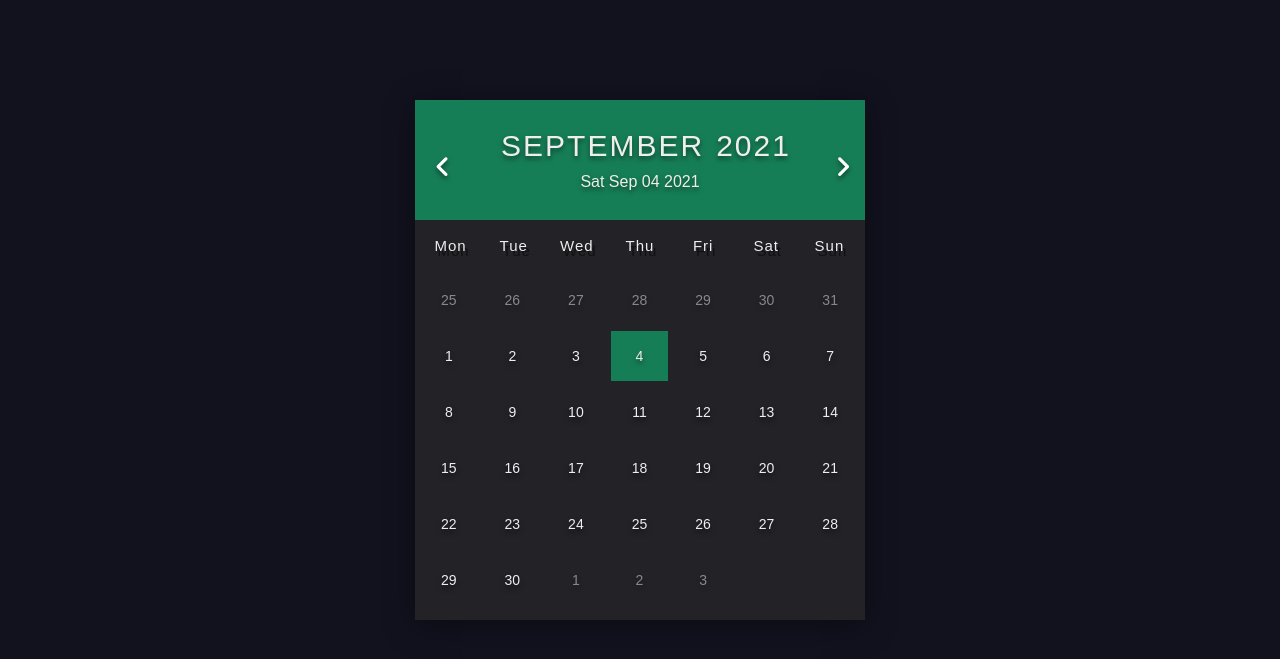
Repository: dboinska/calendar
Page: index.html
The author's editor kept a copy of each file at every save. The page is drawn from the files as they stood at one save, then again after the next save.
The browser window is 1280 px wide. The pictures show the whole page.
Some web libraries are served in a nearby version.

Above is the page before, as saved 2021-09-06 16:12:35.

### index.html
<!DOCTYPE html>
<html lang="en">
  <head>
    <meta charset="UTF-8" />
    <meta http-equiv="X-UA-Compatible" content="IE=edge" />
    <meta name="viewport" content="width=device-width, initial-scale=1.0" />
    <title>Calendar</title>
    <script
      src="https://kit.fontawesome.com/5567926149.js"
      crossorigin="anonymous"
    ></script>
    <link rel="stylesheet" href="style.css" />
  </head>
  <body>
    <div class="container">
      <div class="calendar">
        <div class="month">
          <i class="fas fa-angle-left prev"></i>
          <div class="date">
            <div class="header">
              <h1></h1>
              <h2></h2>
            </div>
            <p></p>
          </div>
          <i class="fas fa-angle-right next"></i>
        </div>
        <div class="weekdays">
          <div>Mon</div>
          <div>Tue</div>
          <div>Wed</div>
          <div>Thu</div>
          <div>Fri</div>
          <div>Sat</div>
          <div>Sun</div>
        </div>
        <div class="days"></div>
      </div>
    </div>
    <script src="script.js"></script>
  </body>
</html>

### style.css
* {
  margin: 0;
  padding: 0;
  box-sizing: border-box;
  font-family: "Quicksand", sans-serif;
}

html {
  font-size: 62.5%;
}

.container {
  width: 100%;
  height: 100vh;
  background-color: #12121f;
  color: #eee;
  display: flex;
  justify-content: center;
  align-items: center;
}

.calendar {
  width: 45rem;
  height: 52rem;
  background-color: #222227;
  box-shadow: 0 0.5rem 3rem rgba(0, 0, 0, 0.4);
}

.fas {
  height: 10px;
  width: 10px;
  color: white;
}

.month {
  width: 100%;
  height: 12rem;
  background-color: #167e56;
  display: flex;
  justify-content: space-between;
  align-items: center;
  padding: 0 2rem;
  text-align: center;
  text-shadow: 0 0.3rem 0.5rem rgba(0, 0, 0, 0.5);
}

.month i {
  font-size: 2.5rem;
  cursor: pointer;
}

.month h1,
h2 {
  font-size: 3rem;
  font-weight: 400;
  text-transform: uppercase;
  letter-spacing: 0.2rem;
  margin-bottom: 1rem;
  padding-left: 1.2rem;
}

.month p {
  font-size: 1.6rem;
}

.weekdays {
  width: 100%;
  height: 5rem;
  padding: 0 0.4rem;
  display: flex;
  align-items: center;
}

.weekdays div {
  font-size: 1.5rem;
  font-weight: 400;
  letter-spacing: 0.1rem;
  width: calc(44.2rem / 7);
  display: flex;
  justify-content: center;
  align-items: center;
  text-shadow: 0.3rem 0.5rem rgba(0, 0, 0, 0.5);
}

.days {
  width: 100%;
  display: flex;
  flex-wrap: wrap;
  padding: 0.2rem;
}

.days div {
  font-size: 1.4rem;
  margin: 0.3rem;
  width: calc(40.3rem / 7);
  height: 5rem;
  display: flex;
  justify-content: center;
  align-items: center;
  text-shadow: 0 0.3rem 0.5rem rgba(0, 0, 0, 0.5);
  transition: background-color 0.2s;
}

.days div:hover:not(.today) {
  background-color: #262626;
  border: 2rem solid #777;
  cursor: pointer;
}

.prev-date,
.next-date {
  opacity: 0.5;
}

.header {
  display: flex;
}

.today,
.clickedDay {
  background-color: #167e56;
}

### script.js
const date = new Date();
const renderCalendar = () => {
  const monthDays = document.querySelector(".days");
  const d = new Date(date.getFullYear(), date.getMonth() + 1, 0);
  const lastDay = new Date(
    date.getFullYear(),
    date.getMonth() + 1,
    0
  ).getDate();
  const prevLastDay = new Date(
    date.getFullYear(),
    date.getMonth(),
    0
  ).getDate();
  const firstDayIndex = date.getDay();
  const lastDayIndex = new Date(
    date.getFullYear(),
    date.getMonth(),
    0
  ).getDay();
  console.log(lastDayIndex);
  console.log(lastDay);

  const nextDays = 7 - lastDayIndex - 1;
  const months = [
    "January",
    "February",
    "March",
    "April",
    "May",
    "June",
    "July",
    "August",
    "September",
    "October",
    "November",
    "December",
  ];

  document.querySelector(".date h1").textContent = months[date.getMonth()];
  document.querySelector(".date h2").textContent = date.getFullYear();

  document.querySelector(".date p").textContent = new Date().toDateString();

  let days = "";

  if (lastDayIndex !== 0) {
    for (let x = firstDayIndex + 1; x > 0; x--) {
      days += `<div class="prev-date">${prevLastDay - x + 1}</div>`;
    }
    console.log(firstDayIndex - 1, "nie poniedziałek");
  }

  for (let i = 1; i <= lastDay; i++) {
    if (
      i === new Date().getDate() &&
      date.getMonth() === new Date().getMonth()
    ) {
      days += `<div class="today">${i}</div>`;
    } else {
      days += `<div>${i}</div>`;
    }

    monthDays.innerHTML = days;
  }
  console.log(
    "next days",
    nextDays,
    "last day index",
    lastDayIndex,
    "firstdayindex",
    firstDayIndex,
    "prevlastday",
    prevLastDay,
    "d",
    d.getDay()
  );
  //for (let j = 1; j <= nextDays - 1; j++) {
  if (d.getDay() !== 0) {
    for (let j = 1; j <= 7 - d.getDay(); j++) {
      days += `<div class="next-date">${j}</div>`;
      monthDays.innerHTML = days;
    }
  }
};
// date.setDate(1);
// console.log(date.getDay());
// const month = date.getMonth();
// console.log(month);

const prevMonth = document.querySelector(".prev");
const nextMonth = document.querySelector(".next");

prevMonth.addEventListener("click", backToPrevMonth);

document.addEventListener("keydown", function (e) {
  if (e.keyCode == "37") {
    backToPrevMonth();
  }
});

nextMonth.addEventListener("click", goToNextMonth);

document.addEventListener("keydown", function (e) {
  if (e.keyCode == "39") {
    goToNextMonth();
  }
});

function backToPrevMonth() {
  date.setMonth(date.getMonth() - 1);
  console.log("month", date.getMonth());
  renderCalendar();
}

function goToNextMonth() {
  date.setMonth(date.getMonth() + 1);
  console.log("month", date.getMonth());
  renderCalendar();
}

const days = document.querySelectorAll(".days div");
console.log(days);

renderCalendar();

After the next save:
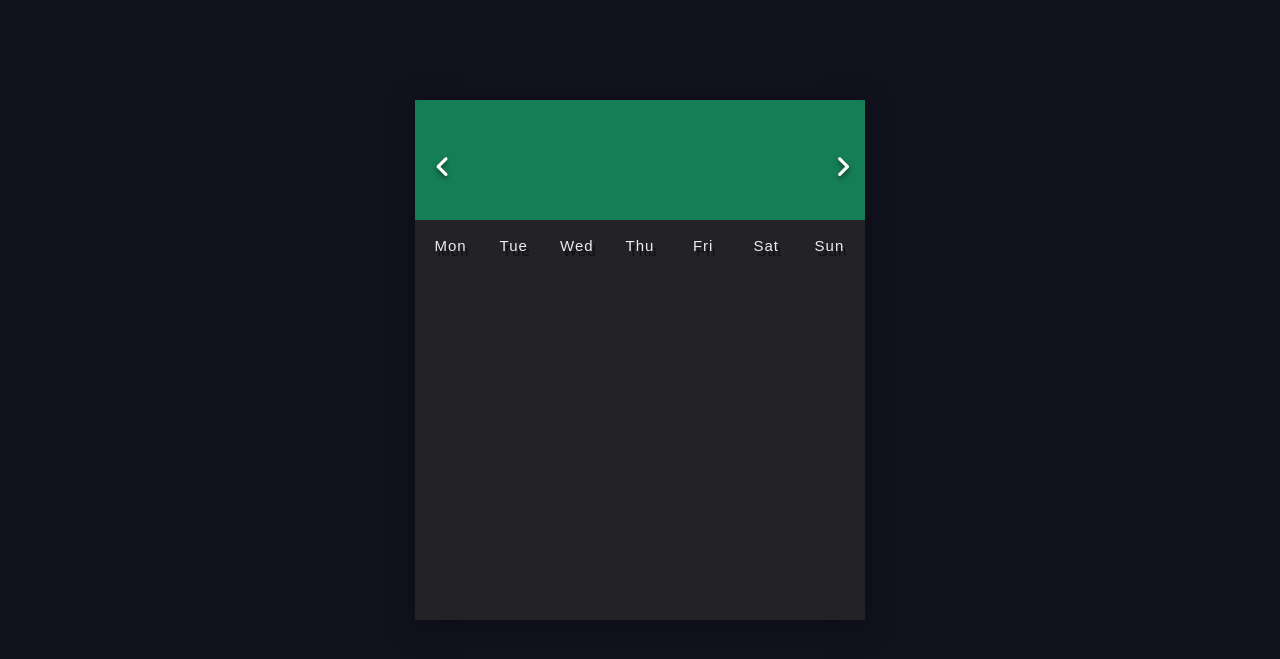
Console error: SyntaxError: Unexpected token '.'
Saved 17 s later.
--- a/script.js
+++ b/script.js
@@ -119,7 +119,7 @@
   renderCalendar();
 }
 
-const days = document.querySelectorAll(".days div");
+const days = [..document.querySelectorAll(".days div")];
 console.log(days);
 
 renderCalendar();

After the save that followed:
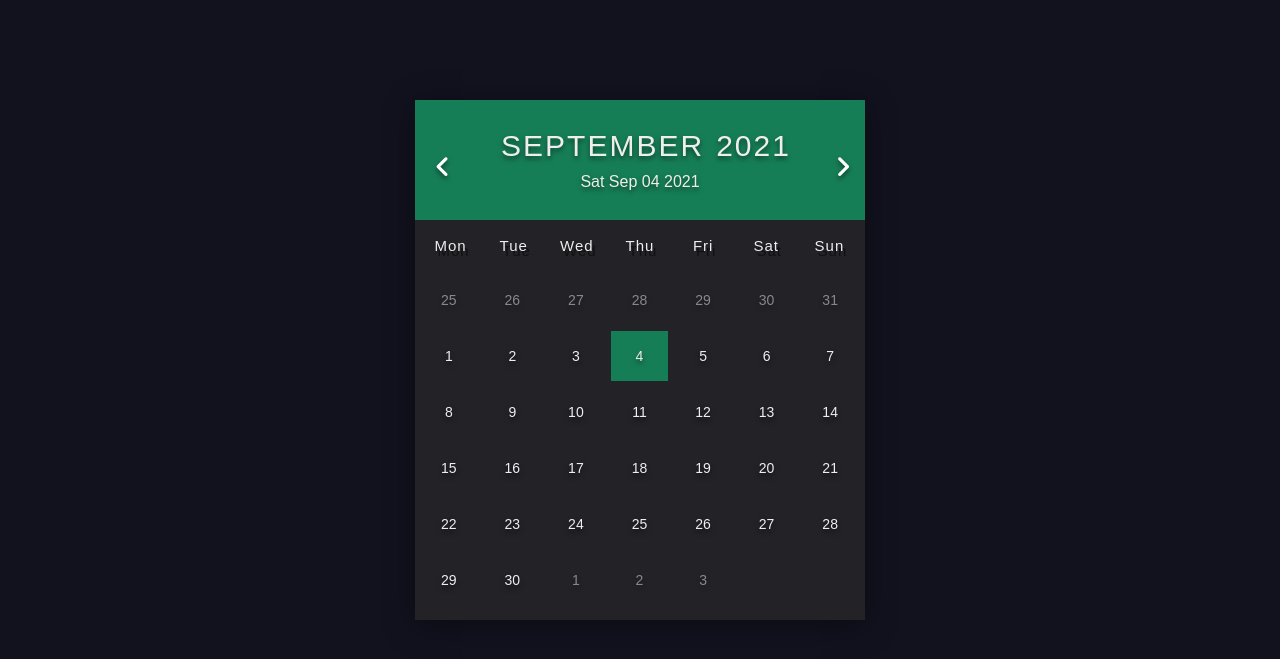
The error is gone.
Saved 5 s later.
--- a/script.js
+++ b/script.js
@@ -119,7 +119,7 @@
   renderCalendar();
 }
 
-const days = [..document.querySelectorAll(".days div")];
+const days = [...document.querySelectorAll(".days div")];
 console.log(days);
 
 renderCalendar();
